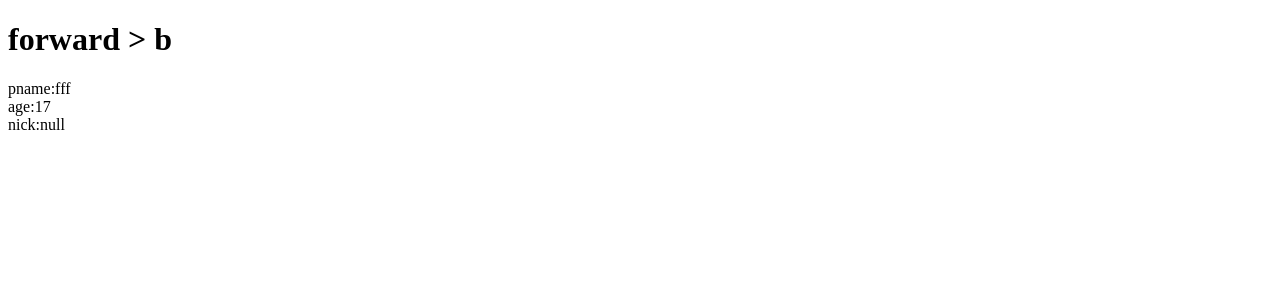
Repository: Jamikidu/newJsp
Page: http://localhost/jspProj/include/a.jsp
An editor plug-in stored every save of this project. The page is shown before and after the next save, followed by the edit.
The browser window is 1280 px wide. The pictures show the whole page.
The page is served by Tomcat 9.

Above is the page before, as saved 2023-08-02 01:43:11.

After the next save:
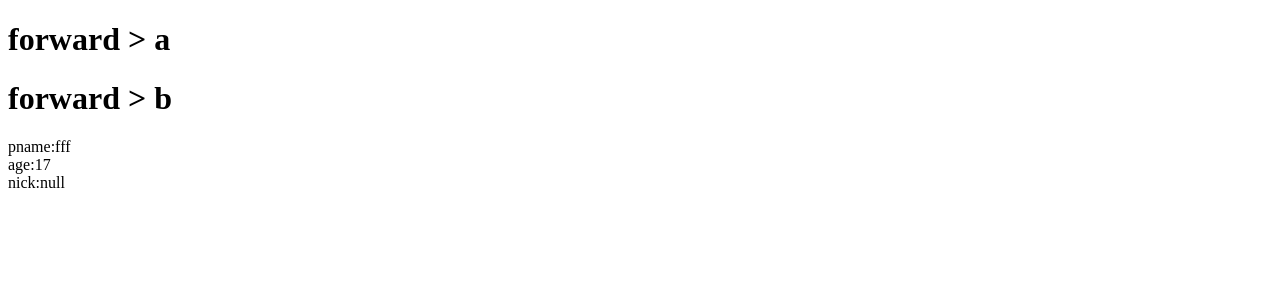
Saved 6 s later.
--- a/jspProj/src/main/webapp/include/a.jsp
+++ b/jspProj/src/main/webapp/include/a.jsp
@@ -15,6 +15,6 @@
 	request.setAttribute("pname", "fff");
 
 %>
-<jsp:forward page="b.jsp?age=17" />
+<jsp:include page="b.jsp?age=17" />
 </body>
 </html>
